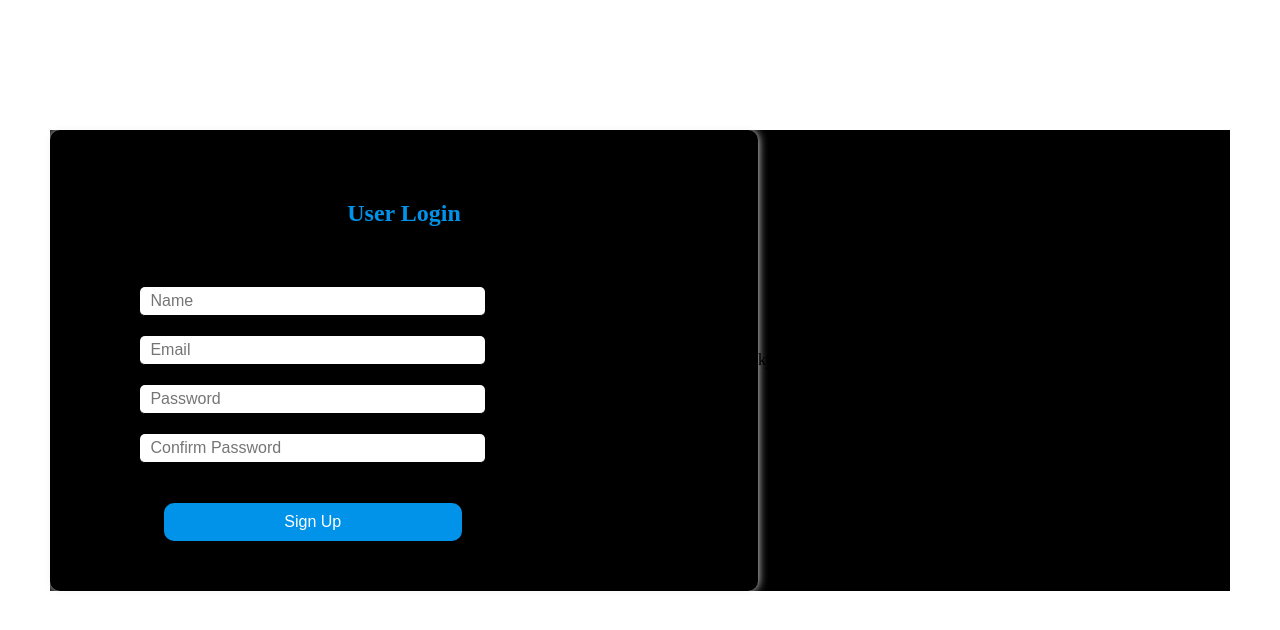
Repository: devSkhandelwal/job-search
Page: /login
The author's editor kept a copy of each file at every save. The page is drawn from the files as they stood at one save, then again after the next save.
The browser window is 1280 px wide. The pictures show the whole page.
The project was rebuilt for these pictures with package versions that can differ from the ones it lists, and the page was loaded fresh each time. Also part of the build but not shown: src/actions/jobAction.js, src/components/FormElement/ApplyForm.js, src/containers/JobDetailsContainer.js, src/containers/JobFilterContainer.js, src/components/JobItem.js, src/components/JobList.js, src/containers/JobListContainer.js.

Above is the page before, as saved 2021-05-04 10:14:50.

After the next save:
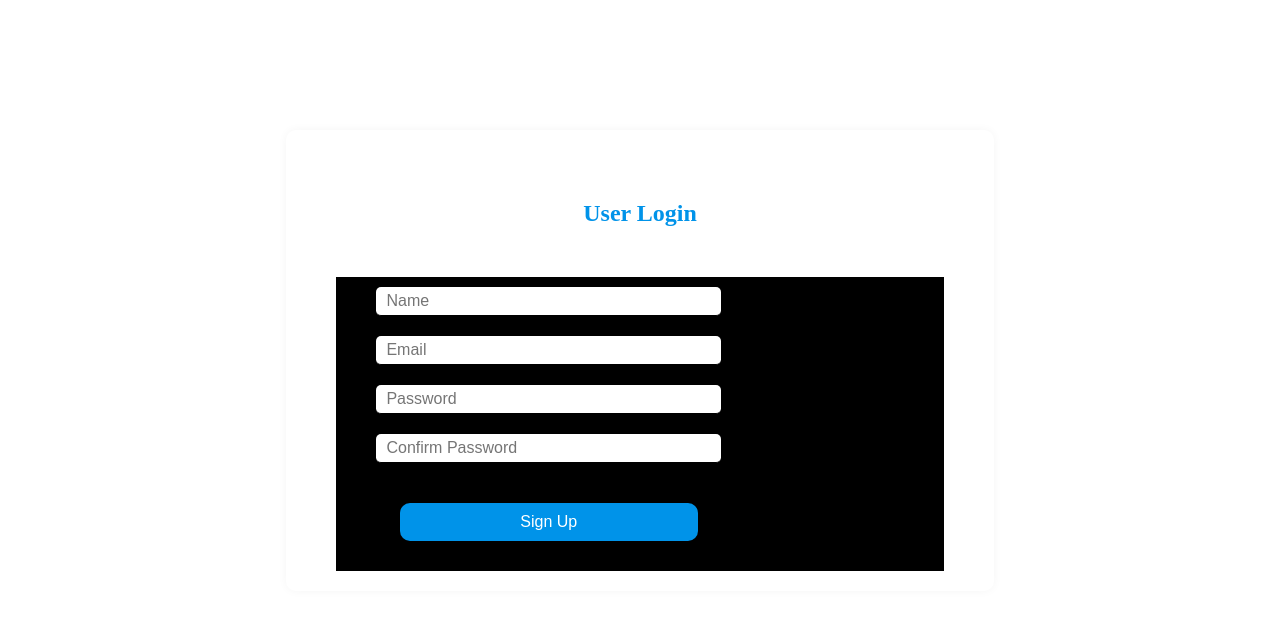
Saved 22 s later.
--- a/src/containers/LoginContainer.js
+++ b/src/containers/LoginContainer.js
@@ -50,10 +50,9 @@ const LoginContainer = () => {
 
     return (
         <div className="container login__container">
-            <FormContainer>
             <Card>
             <h2>User Login </h2>
-
+                <FormContainer>
                     <form onSubmit={submitHandler} className="form">
                         <Input
                             element="input"
@@ -91,9 +90,8 @@ const LoginContainer = () => {
                             Sign Up
                         </Button>
                     </form>
-
+                </FormContainer>
             </Card>
-            </FormContainer>
         </div>
     )
 }
